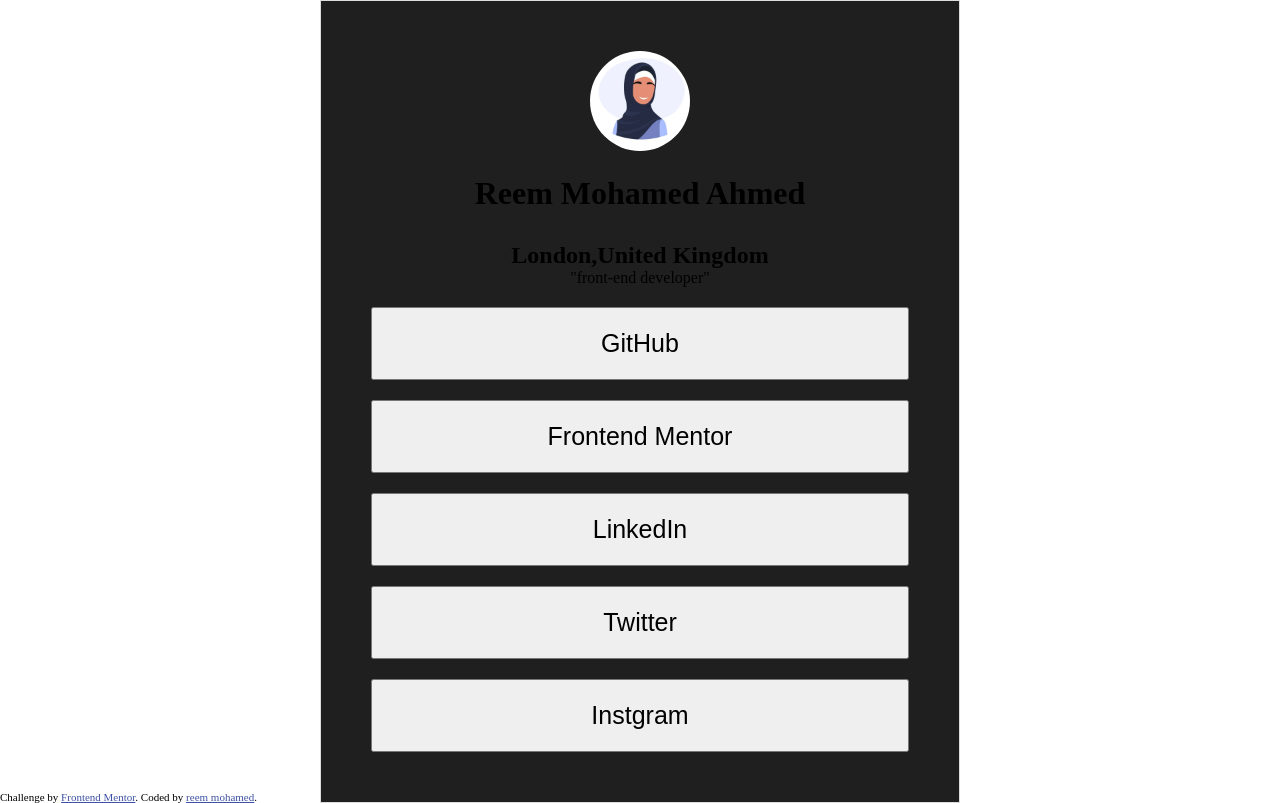
Repository: reemoon-ctrl/social_links_profile_main
Page: index.html
The author's editor kept a copy of each file at every save. The page is drawn from the files as they stood at one save, then again after the next save.
The browser window is 1280 px wide. The pictures show the whole page.

Above is the page before, as saved 2024-07-23 10:23:48.

### index.html
<!DOCTYPE html>
<html lang="en">
<head>
  <meta charset="UTF-8">
  <meta name="viewport" content="width=device-width, initial-scale=1.0"> <!-- displays site properly based on user's device -->

  <link rel="icon" type="image/png" sizes="32x32" href="./assets/images/favicon-32x32.png">

  <title>Frontend Mentor | Social links profile</title>

  <!-- Feel free to remove these styles or customise in your own stylesheet 👍 -->
  <style>
    .attribution { font-size: 11px; text-align: center; }
    .attribution a { color: hsl(228, 45%, 44%); }
  </style>
  <link rel="stylesheet" href="index.css"/>
</head>
<body>
  <main>
    <div class="position-container">
      <div class="container">
      <div class="head-container">
      <img src="/depositphotos_668859444-stock-illustration-arab-woman-face-covered-hijab.jpg" alt="person-img">
      <h1>Reem Mohamed Ahmed</h1>
      <h2>London,United Kingdom</h2>
      <p>"front-end developer"</p>
      </div>
      <div class="form-container">
      <button>GitHub</button>
      <button>Frontend Mentor</button>
      <button>LinkedIn</button>
      <button>Twitter</button>
      <button>Instgram</button>
      </div>
    </div>
    </div>
 </main>
 <footer>
    <div class="attribution">
      Challenge by <a href="https://www.frontendmentor.io?ref=challenge" target="_blank">Frontend Mentor</a>.
      Coded by <a href="https://www.frontendmentor.io/reemoon-ctrl">reem mohamed</a>.
    </div>
 </footer>
</body>
</html>

### index.css
*{
    box-sizing: border-box;
    margin:0px;
    padding: 0px;
}

body{
    position: relative;

    min-height: 100vh;

}
.position-container{
    display: flex;
    flex-direction: column;
    border:1px solid #ddd;
    margin :auto;
    width: 50%;
    padding:50px;
    min-height:100vh;
    align-items: center;
    justify-content: center;
    text-align: center;
    background:hsl(0, 0%, 12%);
}

.form-container button{
    font-size: 25px;
    width:100%;
    padding:20px;
}
img{
    width: 100px;
    height: 100px;
    border-radius:70px ;
    margin-bottom: 20px;
}
h1{
    margin-bottom: 30px;
}
button{
    margin-top: 20px;
}
footer{
    position: absolute;
    bottom: 0px;
    margin: auto;
}

After the next save:
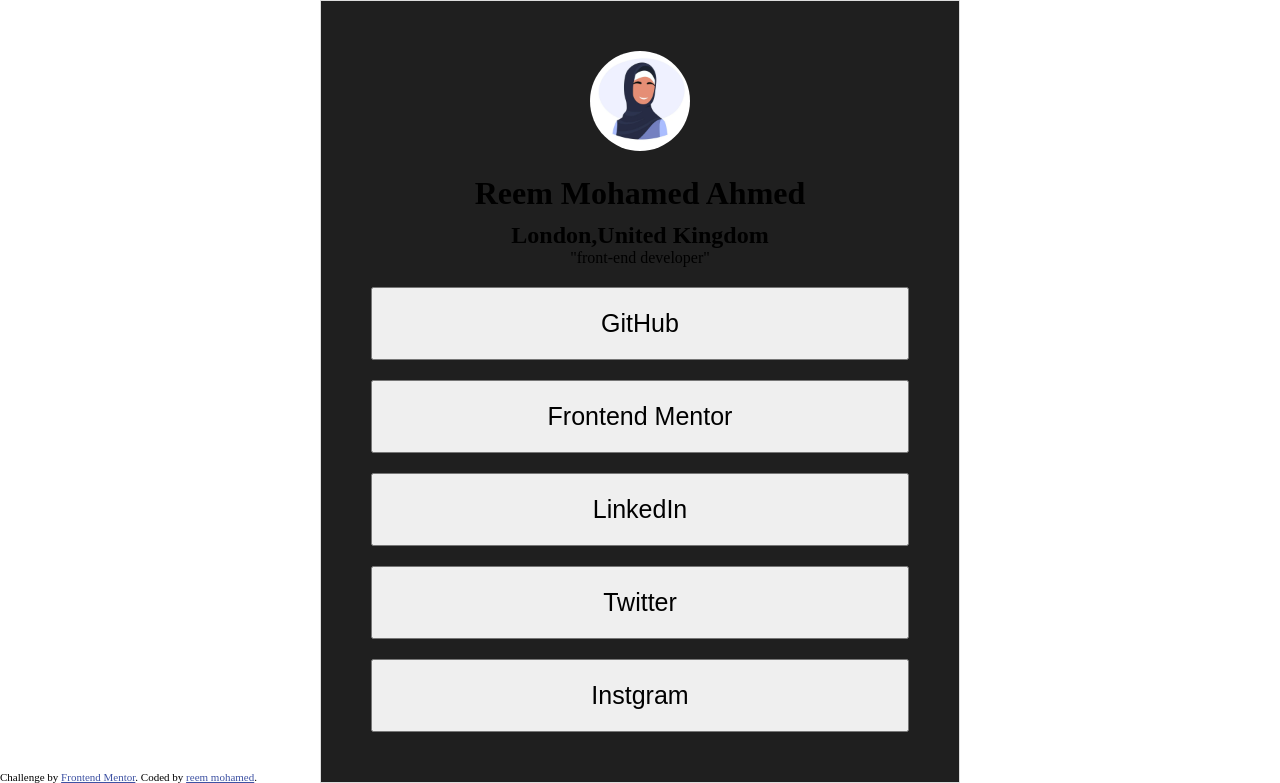
Saved 9 s later.
--- a/index.css
+++ b/index.css
@@ -36,7 +36,7 @@
     margin-bottom: 20px;
 }
 h1{
-    margin-bottom: 30px;
+    margin-bottom: 10px;
 }
 button{
     margin-top: 20px;

After the save that followed:
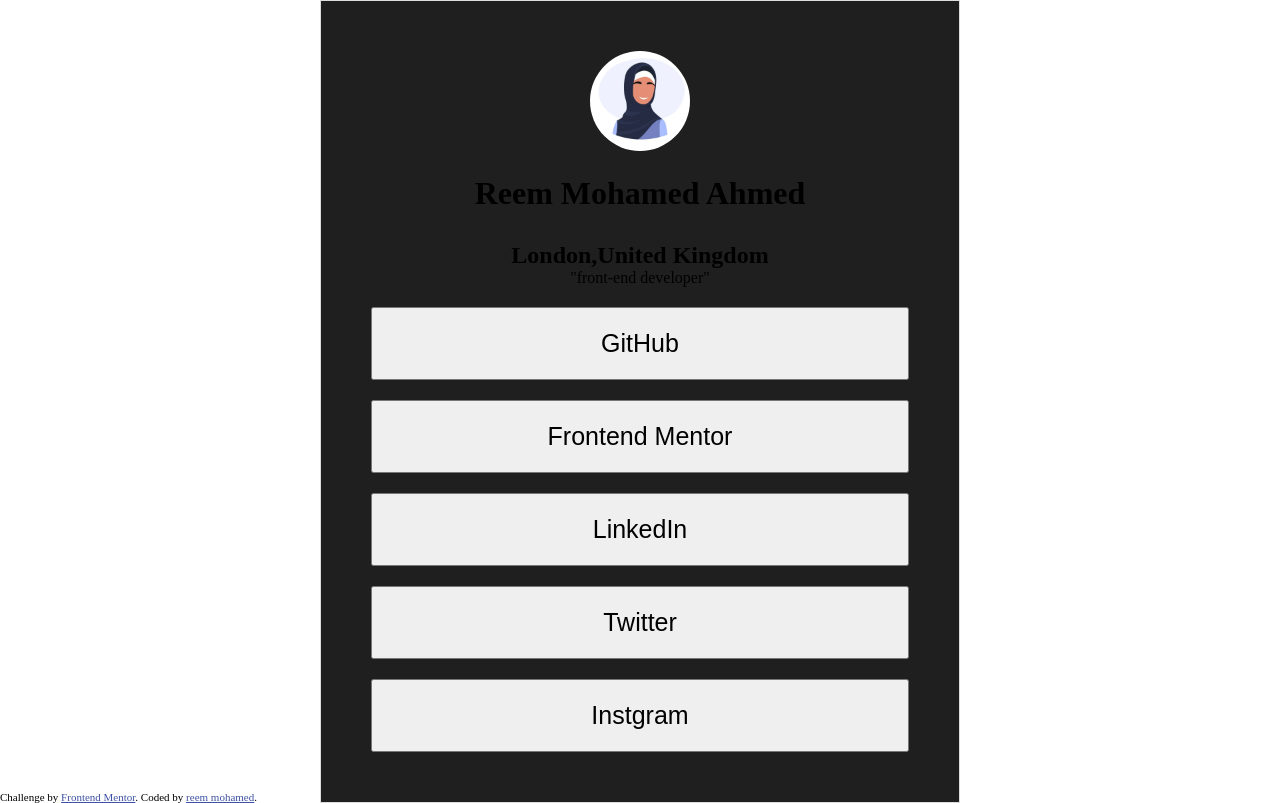
Saved 6 s later.
--- a/index.css
+++ b/index.css
@@ -36,7 +36,7 @@
     margin-bottom: 20px;
 }
 h1{
-    margin-bottom: 10px;
+    margin-bottom: 30px;
 }
 button{
     margin-top: 20px;
